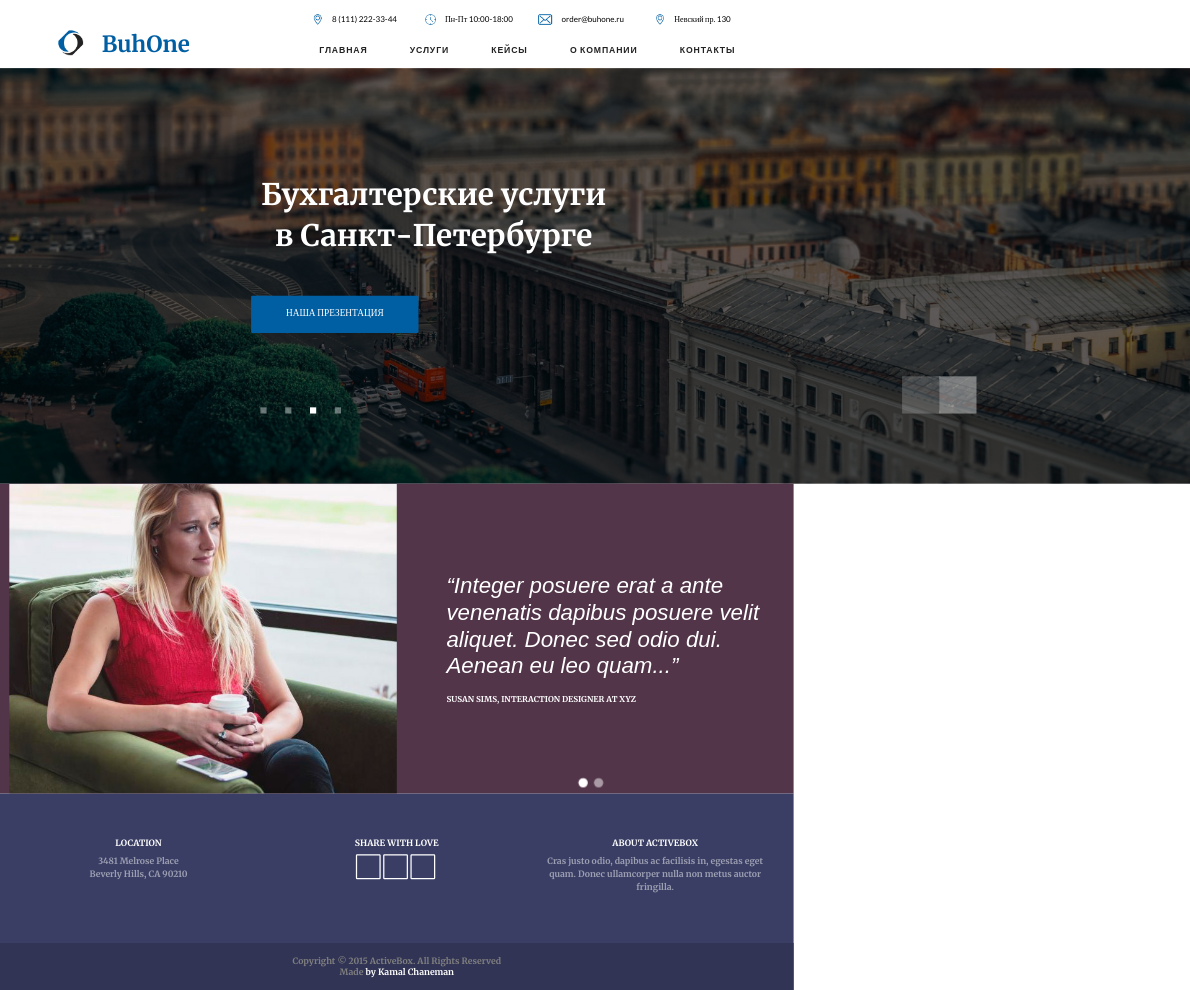
Repository: ZetsubouBilly/test
Page: index.html
An editor plug-in stored every save of this project. The page is shown before and after the next save, followed by the edit.
The browser window is 1280 px wide. The page is 1920 px wide, so the pictures cover 1920 px, including what lies to the right of the window. The pictures show the whole page, at 62% of full size.

Above is the page before, as saved 2023-05-13 14:56:58.

After the next save:
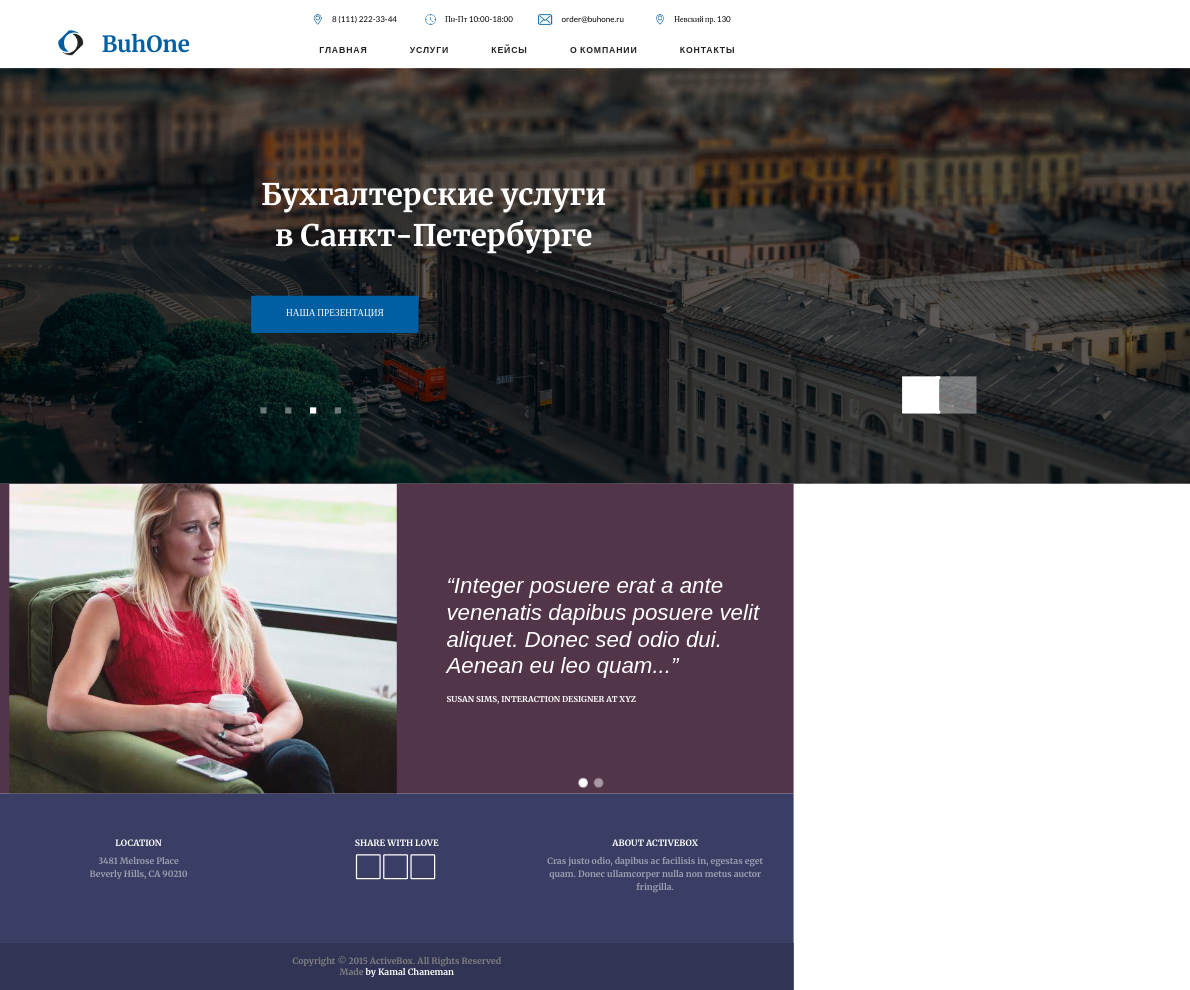
Saved 114 s later.
--- a/css/style.css
+++ b/css/style.css
@@ -299,7 +299,7 @@
 .slider__button-prev {
     position: relative;
   background: #ffffff;
-  opacity: 0.2;
+  /* opacity: 0.2; */
 
 }
 

After the 2 saves that followed:
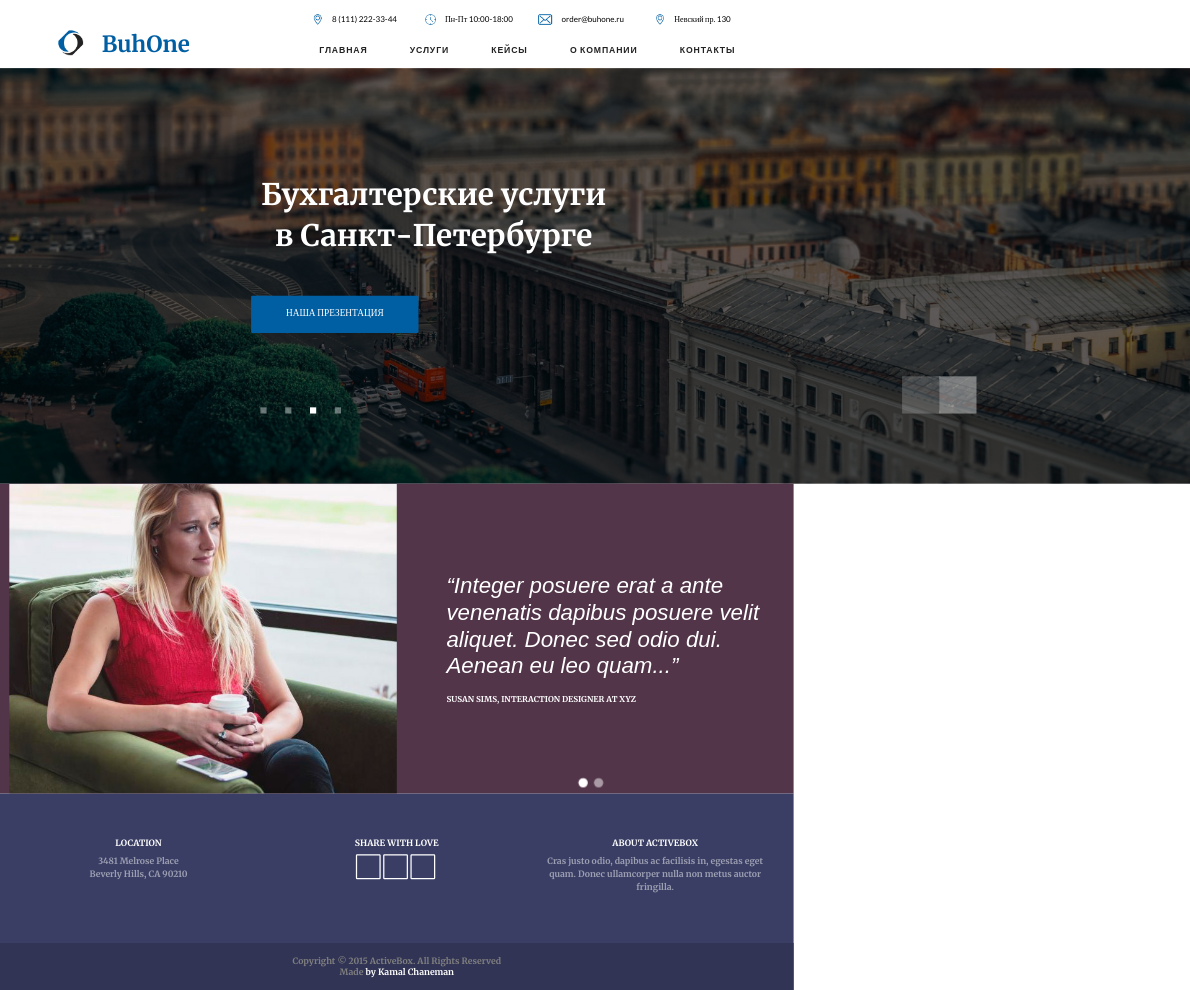
The 2 saves are shown as one change because they came seconds apart.
The last was saved 28 s later.
--- a/css/style.css
+++ b/css/style.css
@@ -288,7 +288,7 @@
   width: 60px;
   height: 60px;
 }
-.slider__button-prev svg {
+ svg {
     position: absolute;
     left: 23.58%;
     right: 23.58%;
@@ -299,7 +299,7 @@
 .slider__button-prev {
     position: relative;
   background: #ffffff;
-  /* opacity: 0.2; */
+  opacity: 0.2;
 
 }
 
